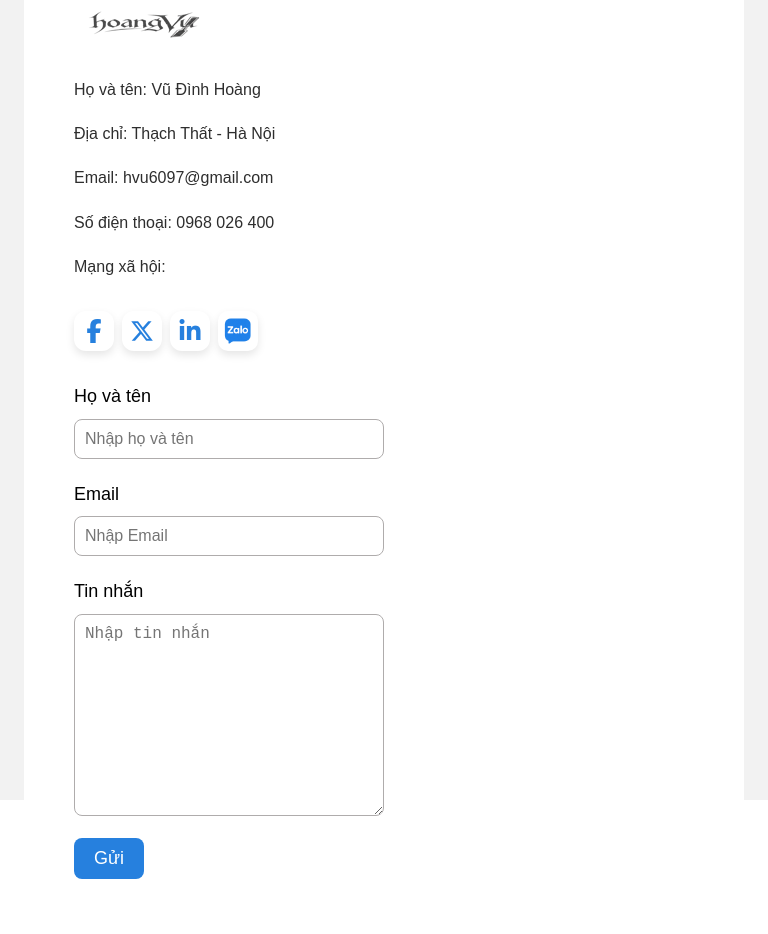
Repository: hoang28092000/portfolio
Page: pages/contact.html
The author's editor kept a copy of each file at every save. The page is drawn from the files as they stood at one save, then again after a run of saves.
The browser window is 768 px wide. The pictures show the whole page.

Above is the page before, as saved 2025-04-12 01:14:19.

### pages/contact.html
<!DOCTYPE html>
<html lang="en">
  <head>
    <meta charset="UTF-8" />
    <meta name="viewport" content="width=device-width, initial-scale=1.0" />
    <link
      rel="stylesheet"
      href="https://cdnjs.cloudflare.com/ajax/libs/font-awesome/6.7.2/css/all.min.css"
      integrity="sha512-Evv84Mr4kqVGRNSgIGL/F/aIDqQb7xQ2vcrdIwxfjThSH8CSR7PBEakCr51Ck+w+/U6swU2Im1vVX0SVk9ABhg=="
      crossorigin="anonymous"
      referrerpolicy="no-referrer"
    />
    <link rel="stylesheet" href="../css/pages.css" />
    <link rel="stylesheet" href="../css/responsive-pages.css" />
    <title>Liên hệ</title>
  </head>
  <body>
    <main id="main-contact">
      <div class="container">
       <div class="contact">
        <h2 class="title-heading title-contact">Liên hệ</h2>
        <div class="content-contact">
          <div class="contact-left">
            <div class="logo-contact">
              <img
                src="../asset/image/hoangVu_logo.png"
                alt="logo"
                class="img-logo-contact"
              />
            </div>
            <div class="info-contact">
              <p class="txt-contact">Họ và tên: Vũ Đình Hoàng</p>
              <p class="txt-contact">Địa chỉ: Thạch Thất - Hà Nội</p>
              <p class="txt-contact">Email: hvu6097@gmail.com</p>
              <p class="txt-contact">Số điện thoại: 0968 026 400</p>
            </div>
            <p class="txt-contact">Mạng xã hội:</p>
            <div class="social-contact">
              <a
                href="https://www.facebook.com/profile.php?id=100008725181742"
                target="_blank"
                ><i class="fa-brands fa-facebook-f icon-contact"></i
              ></a>
              <a href="https://x.com/kinsman2809" target="_blank"
                ><i class="fa-brands fa-x-twitter icon-contact"></i
              ></a>
              <a
                href="https://www.linkedin.com/in/ho%C3%A0ng-v%C5%A9-0b4891179/"
                target="_blank"
                ><i class="fa-brands fa-linkedin-in icon-contact"></i
              ></a>
              <a href="https://zalo.me/0968026400" target="_blank">
                <img src="../asset/image/icon-zalo.png" alt="zalo" class="img-social-contact">
              </a>
            </div>
          </div>
          <div class="contact-right">
            <form action="" class="form-contact">
              <div class="input-contact">
                <label for="name" class="label-contact">Họ và tên</label>
                <input type="text" id="name" placeholder="Nhập họ và tên" class="input-field" required />
              </div>
              <div class="input-contact">
                <label for="email" class="label-contact">Email</label>
                <input type="email" id="email" placeholder="Nhập Email" class="input-field" required />
              </div>
              <div class="input-contact">
                <label for="message" class="label-contact">Tin nhắn</label>
                <textarea
                  name="message"
                  id="message" placeholder="Nhập tin nhắn"
                  cols="30"
                  rows="10"
                  class="input-field"
                  required
                ></textarea>
              </div>
              <button type="submit" class="btn-submit">Gửi</button>
            </form>
          </div>
        </div>
       </div>
      </div>
    </main>
  </body>
</html>

### css/pages.css
* {
  padding: 0;
  margin: 0;
  box-sizing: border-box;
}
html {
  font-family: Poppins, sans-serif;
  font-size: 62.5%;
}

.container {
  width: 1170px;
  max-width: calc(100% - 48px);
  margin: 0 auto;
}

/* main */

#about,
#skills {
  background-color: #f2f2f2;
}
.top-content-about {
  padding: 60px 0;
  display: flex;
  justify-content: space-between;
  align-items: center;
}
.about-left {
  width: 40%;
}
.img-about {
  width: 100%;
  border: 6px solid #7a7575;
  border-radius: 50%;
}
.about-right {
  max-width: 702px;
  height: 362px;
  margin-left: 120px;
  padding-right: 60px;
}
.title-heading {
  font-size: 6rem;
  color: #2e2e2e;
  font-weight: 700;
  margin-bottom: 30px;
}
.about-right .desc-about {
  font-size: 1.6rem;
  color: #6b6565;
  font-weight: 500;
  line-height: 1.76;
  margin-top: 20px;
  text-align: justify;
}
.content-main {
  display: grid;
  grid-template-columns: 1fr 1fr;
  gap: 80px;
  padding-top: 70px;
}
.paragraph {
  margin-bottom: 20px;
}
.heading-main {
  font-size: 2rem;
  color: #2e2e2e;
  margin-bottom: 10px;
  line-height: 1.66;
}
.desc-content-main {
  font-size: 1.6rem;
  color: #2e2e2e;
  font-weight: 300;
  line-height: 1.76;
  text-align: justify;
}
.list-img-about {
  display: flex;
  justify-content: center;
  align-items: center;
  margin-top: 30px;
  gap: 20px;
  padding-bottom: 30px;
}
.list-img-about img {
  width: 200px;
  height: 200px;
  border-radius: 10px;
  border: 1px solid #2e2e2e;
  transition: all 0.3s ease-in-out;
}
.list-img-about img:hover {
  transform: scale(1.1);
  border: 2px solid #fff;
}

/* skills */
.title-skills {
  padding-top: 60px;
  text-align: center;
}
#skills ul {
    padding-left: 18px;
}

.my-project{
    margin-top: 70px;
}
.list-project{
    display: grid;
    grid-template-columns: repeat(auto-fit, minmax(300px, 1fr));
    gap: 30px;
    margin-top: 60px;
}
.list-project a{
    text-decoration: none;
    color: #2e2e2e;
}
.card-project{
    position: relative;
    background-color: #fff;
    border-radius: 10px;
    box-shadow: 0 4px 8px rgba(0, 0, 0, 0.1);
    overflow: hidden;
    transition: all 0.3s ease-in-out;
    cursor: pointer;
}
.card-project:hover{
    transform: scale(1.05);
    box-shadow: 0 8px 16px rgba(0, 0, 0, 0.2);
}
.card-project::after {
    display: flex;
    justify-content: center;
    align-items: center;
    font-weight: 600;
    color: #fff;
    content: 'Xem Thêm Demo';
    font-size: 3rem;
    position: absolute;
    top: 0; left: 0;
    width: 100%; height: 100%;
    background: #16161633; /* màu đen mờ */
    opacity: 0;
    transition: opacity 0.3s ease;
    pointer-events: none; /* để không cản trở click hay hover */
    z-index: 1;
  }
  .card-project:hover::after {
    opacity: 1;
  }

.card-project img{
    width: 100%;
    height: 200px;
    object-fit: cover;
}

.info-card{
    padding: 30px 20px 20px;
    text-align: center;

}
.heading-card{
    font-size: 2rem;
    color: #2e2e2e;
    margin-bottom: 10px;
}
.desc-card{
    font-size: 1.6rem;
    color: #2e2e2e;
    font-weight: 300;
    line-height: 1.76;
}
.desc-card span {
    font-weight: bold;
}

#main-contact{
    padding: 60px 0;
    background-color: #f2f2f2;
}
#main-contact .title-contact{
    font-size: 4rem;
    text-align: center;
    margin-bottom: 30px;
}

/* contact */
#main-contact{
    display: flex;
    justify-content: center;
    align-items: center;
    width: 100%;
    height: 100vh;
    overflow: hidden;
}
.contact{
    background-color: #fff;
    padding: 50px;
}
.contact .content-contact{
    display: flex;
    justify-content: space-between;
}

.contact-left {
    width: 50%;
}
.logo-contact{
    display: flex;
    align-items: center;
    margin-bottom: 20px;
}
.img-logo-contact{
    width: 140px;
    height: 60px;
    padding: 10px;

}

.img-social-contact{
    width: 60px;
    height: 60px;
    border-radius: 10px;
    box-shadow: 0 4px 8px rgba(0, 0, 0, 0.1);

}
.img-social-contact:hover,
.icon-contact:hover{
    transform: scale(1.1);
    box-shadow: 0 8px 16px rgba(0, 0, 0, 0.2);
}
.social-contact{
    display: flex;
    align-items: center;
    height: 60px;
    gap: 20px;
    margin-top: 20px;
}
.social-contact a{
    width: 60px;
    height: 60px;
    display: block;
    text-decoration: none;
    color: #2e2e2e;
}
.contact-right {
    width: 50%;
}
.icon-contact{
    width: 60px;
    height: 60px;
    display: flex;
    justify-content: center;
    align-items: center;
    font-size: 2.6rem;
    box-shadow: 0 4px 8px rgba(0, 0, 0, 0.1);
    border-radius: 12px;
    color: #2680de;
}

.txt-contact{
    font-size: 1.8rem;
    color: #2e2e2e;
    margin-bottom: 12px;
    line-height: 1.76;
}
.input-contact{
    margin-bottom: 20px;
}

.label-contact{
    display: block;
    font-size: 1.8rem;
    color: #000000;
    line-height: 1.76;
    font-weight: 500;
    margin-bottom: 6px;
}
.input-contact input{
    width: 100%;
    padding: 10px;
    border-radius: 8px;
    border: 1px solid #afacac;
    font-size: 1.6rem;
    color: #2e2e2e;
    outline: none;
}
.input-contact textarea{
    width: 100%;
    padding: 10px;
    border-radius: 8px;
    border: 1px solid #afacac;
    font-size: 1.6rem;
    color: #2e2e2e;
    outline: none;
}

.btn-submit{
    background-color: #2680de;
    color: #fff;
    padding: 10px 20px;
    border-radius: 8px;
    border: none;
    font-size: 1.8rem;
    cursor: pointer;
    transition: all 0.3s ease-in-out;
}
.btn-submit:hover{
    background-color: #1a5bb8;
}

### css/responsive-pages.css
/* bout-me */
@media (min-width: 1024.02px) and (max-width: 1169.98px) {
  .top-content-about {
    display: flex;
    flex-direction: column;
    align-items: center;
    padding-bottom: 40px;
  }
  .list-img-about {
    display: flex;
    flex-wrap: wrap;
    justify-content: center;
    align-items: start;
    gap: 30px;
  }
  .list-img-about img {
    max-width: 200px;
    display: block;
    border: 1px solid #2e2e2e;
  }
  .about-left {
    width: 60%;
    margin-bottom: 30px;
  }
  .about-right {
    width: 100%;
    margin-left: 0;
    padding-right: 0;
  }
  .title-heading {
    font-size: 6rem;
    text-align: center;
    margin-bottom: 16px;
  }
  .about-right .desc-about {
    font-size: 1.8rem;
    margin-bottom: 20px;
  }

  /* contact */

}
@media (max-width: 1024px) {
  .list-img-about {
    display: grid;
    grid-template-columns: 1fr 1fr 1fr;
    gap: 20px;
    flex-wrap: wrap;
    padding-bottom: 30px;
    align-items: start;
  }
  .about-left {
    width: 40%;
  }
  .about-right {
    width: 60%;
  }
  .img-about {
    width: 100%;
    height: auto;
    border-radius: 50%;
    border: 1px solid #2e2e2e;
  }
  .list-img-about img {
    display: block;
    width: 100%;
    height: auto;
    border: 1px solid #2e2e2e;
  }

}
@media (min-width: 768px) and (max-width: 1023.98px) {
  .about-right {
    width: 60%;
    height: auto;
  }
}
@media (max-width: 768px) {
  .top-content-about {
    display: flex;
    flex-direction: column;
    align-items: center;
    padding-bottom: 40px;
  }
  .about-left {
    margin-bottom: 30px;
  }
  .paragraph {
    text-align: justify;
  }
  .about-right {
    width: 100%;
    margin-left: 0;
    padding-right: 0;
  }
  .title-heading {
    font-size: 5rem;
    text-align: center;
    margin-bottom: 16px;
  }
  .about-right .desc-about {
    font-size: 1.6rem;
    margin-bottom: 20px;
    text-align: justify;
  }

  .list-img-about {
    display: grid;
    grid-template-columns: 1fr 1fr;
  }
  .list-img-about img {
    width: 100%;
    height: auto;
    border: 1px solid #2e2e2e;
  }
  .content-contact{
    display: grid;
    grid-template-columns: 300px 1fr;
    flex-wrap: wrap;
    gap: 20px;
  }
  .txt-contact{
    font-size: 1.6rem;
    margin-bottom: 16px;
  }
  .social-contact{
    gap: 8px;
  }
  .social-contact a{
    height: 40px;
    width: 40px;
  }
  .img-social-contact{
    width: 40px;
    height: 40px;
  }
  .icon-contact{
    width: 40px;
    height: 40px;
    font-size: 2.4rem;
    margin-right: 10px;
  }
  #main-contact{
    overflow: visible;
  }
}
@media (max-width: 480px) {

  .top-content-about {
    display: flex;
    flex-direction: column;
    align-items: center;
    padding-bottom: 40px;
  }
  .about-left {
    width: 60%;
    margin-bottom: 30px;
  }
  .list-img-about {
    display: grid;
    grid-template-columns: 1fr 1fr;
    gap: 10px;
    padding-bottom: 0;
  }
  .about-right {
    width: 100%;
    margin-left: 0;
    padding-right: 0;
  }
  .title-heading {
    font-size: 4rem;
    text-align: center;
    margin-bottom: 16px;
  }
  .about-right .desc-about {
    font-size: 1.6rem;
    margin-bottom: 20px;
  }
  .content-main {
    grid-template-columns: 1fr;
  }
  .paragraph {
    margin-bottom: 14px;
  }
  .paragraph .heading-main {
    font-size: 1.8rem;
    margin-bottom: 10px;
  }
  .list-img-about img {
    width: 100%;
    height: auto;
    border: 1px solid #2e2e2e;
  }
}

After the next 5 saves:
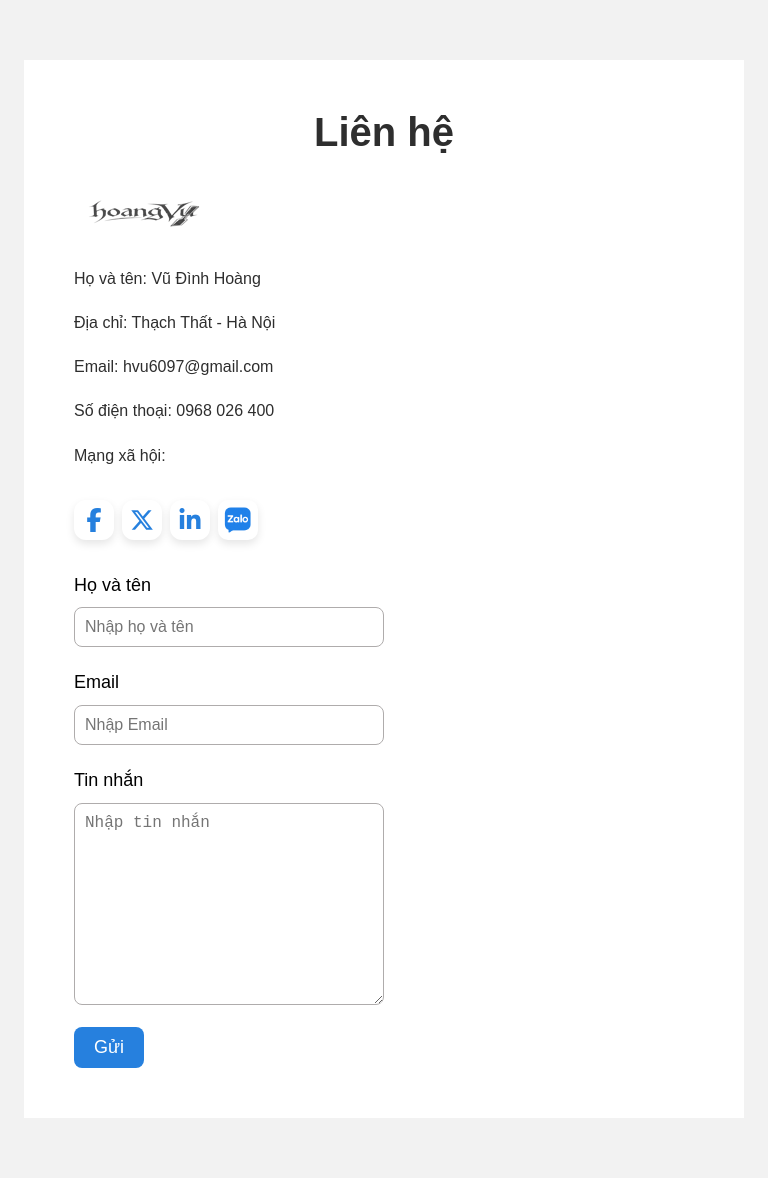
The 5 saves are shown as one change because they came seconds apart.
The last was saved 15 s later.
--- a/css/responsive-pages.css
+++ b/css/responsive-pages.css
@@ -142,6 +142,7 @@
   }
   #main-contact{
     overflow: visible;
+    height: auto;
   }
 }
 @media (max-width: 480px) {
